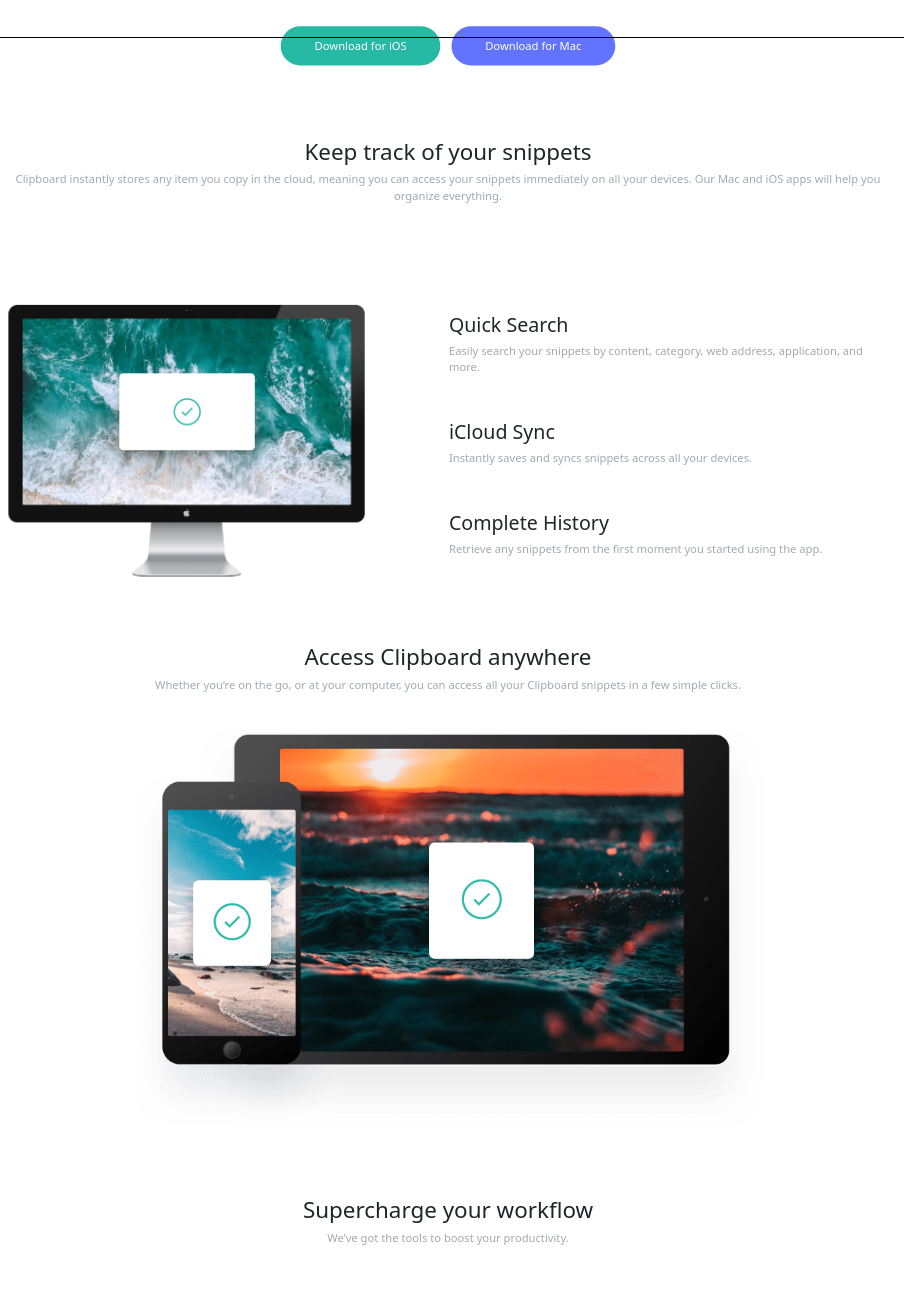
Repository: blordeus/clipboard-landing-page-master
Page: index.html
The author's editor kept a copy of each file at every save. The page is drawn from the files as they stood at one save, then again after the next save.
The browser window is 1280 px wide. The page is 1292 px wide, so the pictures cover 1292 px, including what lies to the right of the window. The pictures show the part of the page from y = 311 to 2191 px (the page is 3211 px tall before and 3227 px after), at 70% of full size.
Some web fonts or font styles are not loaded; a fallback is used. The style sheet was rebuilt from its Sass, Less or Tailwind sources for each picture, by a compiler version that may differ from the author's.

Above is the page before, as saved 2023-09-04 20:04:41.

### index.html
<!DOCTYPE html>
<html lang="en">
  <head>
    <meta charset="UTF-8">
    <meta name="viewport" content="width=device-width, initial-scale=1.0">
    <!-- displays site properly based on user's device -->

    <link rel="icon" type="image/png" sizes="32x32"
      href="./images/favicon-32x32.png">
    <link rel="stylesheet" href="style.css">
    <link
      href="https://cdn.jsdelivr.net/npm/bootstrap@5.3.1/dist/css/bootstrap.min.css"
      rel="stylesheet"
      integrity="sha384-4bw+/aepP/YC94hEpVNVgiZdgIC5+VKNBQNGCHeKRQN+PtmoHDEXuppvnDJzQIu9"
      crossorigin="anonymous">
    <title>Frontend Mentor | Clipboard landing page</title>

  </head>
  <body>
    <main class="text-center">
      <header class="background py-4">
        <img src="./images/logo.svg" alt>
        <h1 class="mt-5 translate-bottom-y">A history of everything you copy</h1>
      </header>

      <p>
        Clipboard allows you to track and organize everything you
        copy. Instantly access your clipboard on all your devices.
      </p>

      <div
        class="d-grid d-md-flex justify-content-md-center gap-3 col-10 mx-auto my-5 pb-5">
        <button class="btn-cyan rounded-pill px-md-5">Download for iOS</button>
        <button class="btn-blue rounded-pill px-md-5">Download for Mac</button>
      </div>

      <h2 class="pt-5 pt-md-2">Keep track of your snippets</h2>

      <p class="pb-5 mb-md-5">
        Clipboard instantly stores any item you copy in the cloud,
        meaning you can access your snippets immediately on all your
        devices. Our Mac and iOS apps will help you organize everything.
      </p>

      <section class="d-grid pb-5 mx-4 gap-5 mx-md-0 d-md-flex row pt-md-5">
        <img class="img-fluid col-md-5" src="./images/image-computer.png" alt="computer">
        <div
          class="text-md-start ms-md-5 d-md-flex flex-md-column justify-content-md-center gap-md-5 col-md-6">
          <div>
            <h3>Quick Search</h3>
            <p>Easily search your snippets by content, category, web address,
              application, and more.</p>
          </div>
          <div>
            <h3>iCloud Sync</h3>
            <p>Instantly saves and syncs snippets across all your devices.</p>
          </div>
          <div>
            <h3>Complete History</h3>
            <p>Retrieve any snippets from the first moment you started using the
              app.</p>
          </div>
        </div>
      </section>

      <section class="py-5 mx-4">
        <h2>Access Clipboard anywhere</h2>
        <p class="mb-5">
          Whether you’re on the go, or at your computer, you can access all your
          Clipboard
          snippets in a few simple clicks.
        </p>
        <img class="img-fluid" src="./images/image-devices.png" alt>
      </section>

      <section class="mx-3 py-5 py-mb-4">
        <h2>Supercharge your workflow</h2>
        <p>We’ve got the tools to boost your productivity.</p>
      </section>

      <section
        class="py-5 d-md-flex flex-md-row justify-content-md-between align-content-md-center align-items-md-end mx-md-5 gap-md-4 row mb-md-5">
          <div class="col-md-3">
            <img class="mb-5 mb-md-3 img-fluid" src="./images/icon-blacklist.svg"
              alt="blacklist">
            <h3 class="mb-3">Create blacklists</h3>
            <p>Ensure sensitive information never makes its way to your clipboard
              by excluding certain sources.</p>
          </div>
          <div class="col-md-4">
            <img class="my-5 mb-md-3 img-fluid" src="./images/icon-text.svg"
              alt="blacklist">
            <h3 class="mb-3">Plain text snippets</h3>
            <p>Remove unwanted formatting from copied text for a consistent look.</p>
          </div>
          <div class="col-md-3">
            <img class="my-5 mb-md-3 img-fluid" src="./images/icon-preview.svg"
              alt="blacklist">
            <h3 class="mb-3">Sneak preview</h3>
            <p>Quick preview of all snippets on your Clipboard for easy access.</p>
          </div>
      </section>

      <section
        class="d-flex flex-column col-6 gap-4 mx-auto mb-5 flex-md-row justify-content-md-between gap-md-5 col-md-10 my-md-5">
        <img class="img-fluid" src="./images/logo-google.png" alt="google">
        <img class="img-fluid" src="./images/logo-ibm.png" alt="ibm">
        <img class="img-fluid" src="./images/logo-microsoft.png" alt="microsoft">
        <img class="img-fluid" src="./images/logo-hp.png" alt="hp">
        <img class="img-fluid" src="./images/logo-vector-graphics.png"
          alt="vector graphics">
      </section>

      <section class="my-5 mx-3 py-md-5">
        <h2>Clipboard for iOS and Mac OS</h2>
        <p>
          Available for free on the App Store. Download for Mac or iOS, sync
          with iCloud
          and you’re ready to start adding to your clipboard.
        </p>
        <div
          class="d-grid d-md-flex justify-content-md-center gap-3 col-10 mx-auto my-5 pb-5">
          <button class="btn-cyan rounded-pill px-md-5">Download for iOS</button>
          <button class="btn-blue rounded-pill px-md-5">Download for Mac</button>
        </div>
      </section>

      <section
        class="d-flex flex-column gap-3 gap-md-0 pb-5 mt-5 bg-light flex-md-row px-md-5 pb-md-0 py-md-5 row mt-md-0 justify-content-md-between align-items-md-center">
        <img class="mx-auto pt-4 col-md-1 mx-md-5 footer-logo pt-md-0 col-4"
          src="./images/logo.svg" alt>
        <div
          class="my-4 d-grid gap-3 mx-auto footer-text d-md-flex row row-cols-md-4 align-items-md-baseline justify-content-md-start mx-md-0 gap-md-2 col-md-8">
          <p class="footer-text order-md-1">FAQs</p>
          <p class="footer-text order-md-4">Contact Us</p>
          <p class="footer-text order-md-2">Privacy Policy</p>
          <p class="footer-text order-md-5">Press Kit</p>
          <p class="footer-text order-md-3">Install Guide</p></div>
        <div
          class="icons d-flex flex-row justify-content-between mx-auto gap-3 col-md-1 mx-md-5">
          <img src="./images/icon-facebook.svg" alt>
          <img src="./images/icon-twitter.svg" alt>
          <img src="./images/icon-instagram.svg" alt>
        </div>
      </section>

      <footer>
        <p class="attribution d-none">
          Challenge by <a rel="noopener"
            href="https://www.frontendmentor.io?ref=challenge" target="_blank">Frontend
            Mentor</a>.
          Coded by <a href="#">Your Name Here</a>.
        </p>
      </footer>
    </main>
  </body>
</html>

### style.scss
@import url('https://fonts.googleapis.com/css2?family=Bai+Jamjuree:wght@400;600&family=Karla:wght@400;700&display=swap');

:root{
--Strong-Cyan: hsl(171, 66%, 44%);
--Light-Blue: hsl(233, 100%, 69%);
--Dark-Grayish-Blue: hsl(210, 10%, 33%);
--Grayish-Blue: hsl(201, 11%, 66%);
}
//reset
* {
    margin: 0;
    padding: 0;
    box-sizing: border-box;
}

body {
    font-family: 'Bai Jamjuree', sans-serif;
    font-size: 18px;
    height: 100vh;
}

p {
    color: var(--Grayish-Blue);
}

//button
.btn-cyan {
    background-color: var(--Strong-Cyan);
    color: white;
    padding: 1rem;
    border: none;
    cursor: pointer;
}

.btn-blue {
    background-color: var(--Light-Blue);
    color: white;
    padding: 1rem;
    border: none;
    cursor: pointer;
}

.background {
    background-image: url(./images/bg-header-mobile.png);
    background-repeat: no-repeat;
    background-size: cover;
    background-position: center;
    height: 100%;
    width: 100%;
}

.footer-text {
    color: var(--Dark-Grayish-Blue);
    background-color: black;
}

.footer-logo {
    transform: scale(10,10%);
}


.attribution { font-size: 11px; text-align: center; }
.attribution a { color: hsl(228, 45%, 44%); }

//media query for 900px
@media screen and (min-width: 900px) {
    .background {
        background-image: url(./images/bg-header-desktop.png);
    }

}

After the next save:
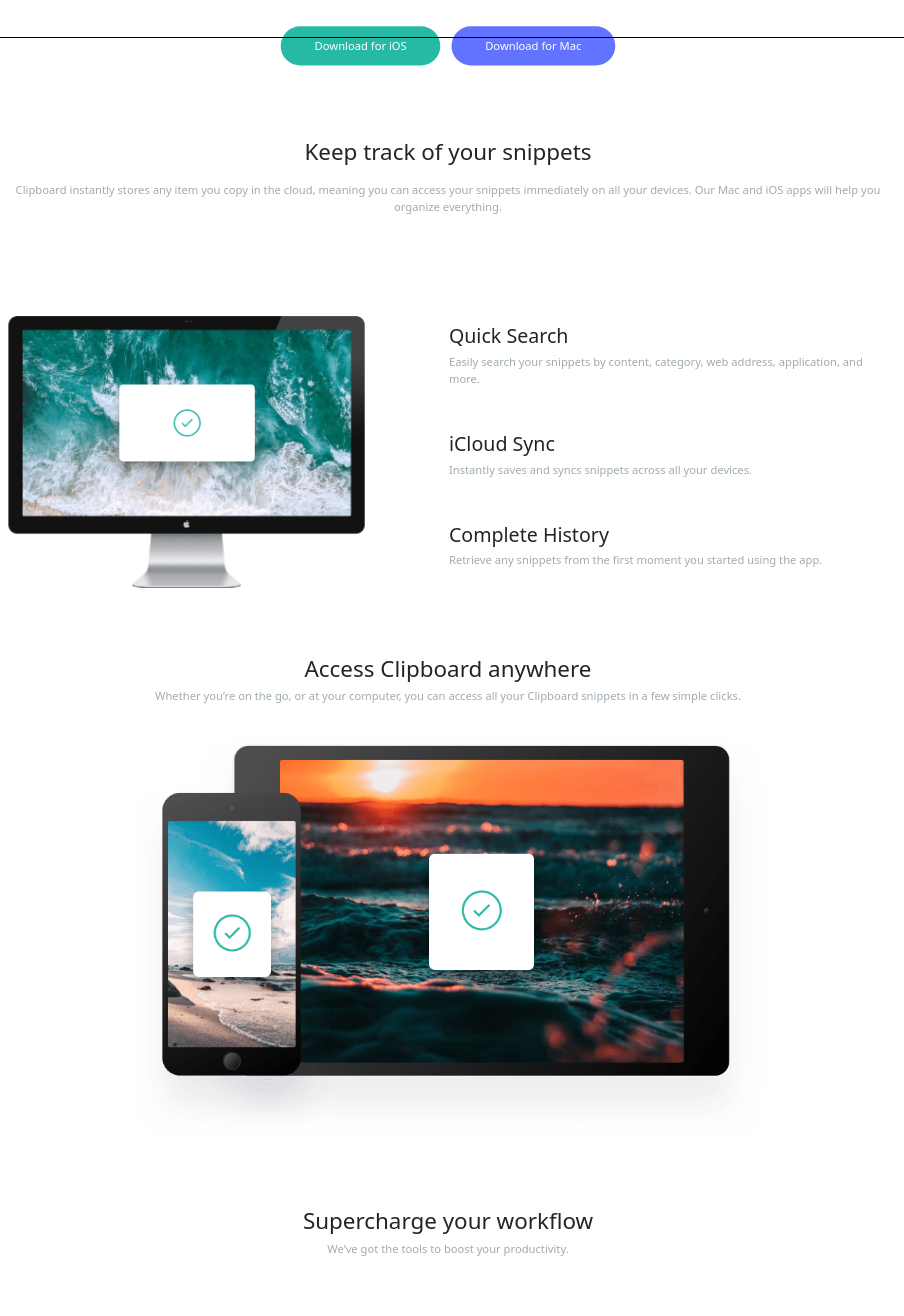
Saved 33 s later.
--- a/index.html
+++ b/index.html
@@ -34,7 +34,7 @@
         <button class="btn-blue rounded-pill px-md-5">Download for Mac</button>
       </div>
 
-      <h2 class="pt-5 pt-md-2">Keep track of your snippets</h2>
+      <h2 class="pt-5 pt-md-2 pb-md-3">Keep track of your snippets</h2>
 
       <p class="pb-5 mb-md-5">
         Clipboard instantly stores any item you copy in the cloud,
